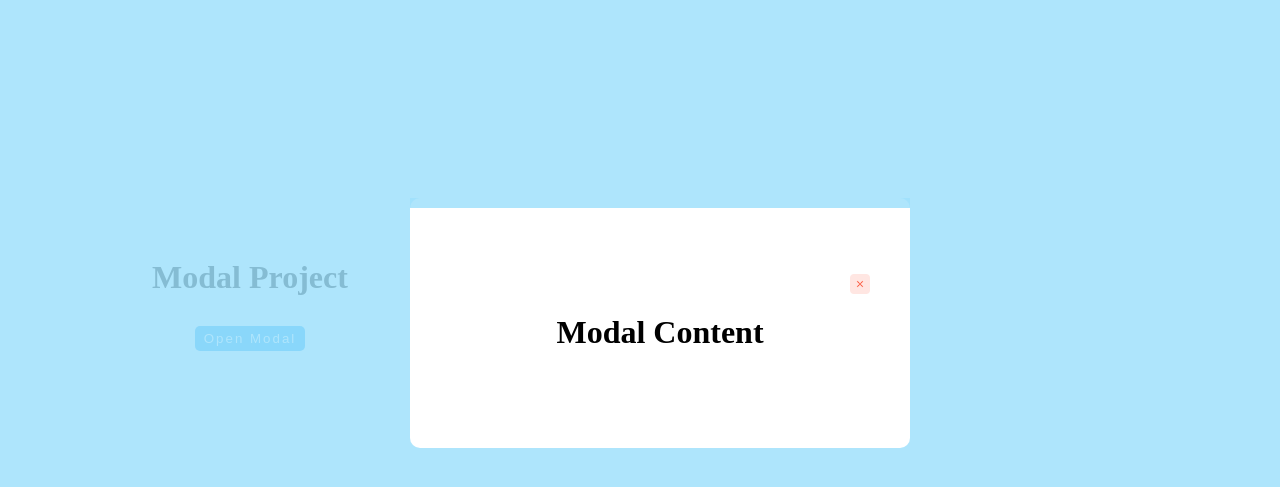
Repository: Trapti10/20-js-practice-projects-in-7-days-challenge
Page: Project_4_Modal_Project/index.html
An editor plug-in stored every save of this project. The page is shown before and after a run of saves, followed by the edit.
The browser window is 1280 px wide. The pictures show the whole page.

Above is the page before, as saved 2025-11-24 14:01:24.

### Project_4_Modal_Project/index.html
<!DOCTYPE html>
<html lang="en">
<head>
    <meta charset="UTF-8">
    <meta name="viewport" content="width=device-width, initial-scale=1.0">
    <title>Modal Project</title>
    <link rel="stylesheet" href="style.css">
</head>
<body>
    <div class="hero">
     <div class="bg-img"  background-img>

    </div>
    <div class="card">
        <h1>Modal Project</h1>

        <button class="Open">
            Open Modal
        </button>
       </div>
       </div>
       <div class="modal-overlay">
        <div class="madal-container">
            <header></header>
            <img src="assests/close.png" alt="">
            <div class="modalContent">
                <h1>Modal Content</h1>
            </div>
            <footer></footer>
        </div>
       </div>
    <script src="script.js"></script>
</body>
</html>

### Project_4_Modal_Project/style.css
*{
    margin: 0;
    padding: 0;
}
.hero{
    place-items: center;
}
.bg-img{
    height: 100vh;
    background-position: center center;
    background-repeat: no-repeat;
    position: relative;
    background-size: max(2200px, 100vw);
    background-image: url("https://png.pngtree.com/thumb_back/fh260/background/20230714/pngtree-simplicity-in-blue-a-living-room-interior-design-with-decor-and-image_3888158.jpg");
    background-repeat: no-repeat;
    align-items: center;
    margin-top: 0;
    align-items: center;

}

.card{
    position: absolute;
    top: 25%;
    background: white;
    min-height: 250px;
    min-width: 500px;
    display: flex;
    justify-content: center;
    align-items:center ;
    flex-direction: column;
    border: none;
    border-radius: 10px;
    gap: 30px;
}

button{
    height: 25px;
    width: 110px;
    color: white;
    background: rgb(29, 166, 246);
    border: none;
    letter-spacing: 2px;
    border-radius: 5px;
    padding: 0 4px;
}

button:hover{
    background: transparent;
    color: black;
    border: 2px solid rgb(29, 166, 246);
}

.modal-overlay{
    background: rgba(159, 225, 252, 0.84);
    position: fixed;
    top: 0;
    left: 0;
    width: 100%;
    height: 100%;
    place-items:center;
    display: grid;
    transition: 400ms ease;
    padding: 35px 20px;
    /* visibility: visible; */
    /* z-index: -10; */
}

.madal-container{
    position: absolute;
    top: 25%;
    background: white;
    min-height: 250px;
    min-width: 500px;
    /* position: fixed; */
    display: flex;
    justify-content: center;
    align-items:center ;
    flex-direction: column;
    border: none;
    border-radius: 10px;
    gap: 20px;
}

.madal-container img{
    height: 20px;
    right: 0;
    margin-left: 400px ;
    margin-top: 0px;
}

header{
    position: absolute;
    top: 0px;
    height: 10px;
    width: 100%;
    background: rgba(159, 225, 252, 0.84);
}

Loaded but not shown: Project_4_Modal_Project/script.js (no stored copy; drawn as an empty file)

After the next 3 saves:
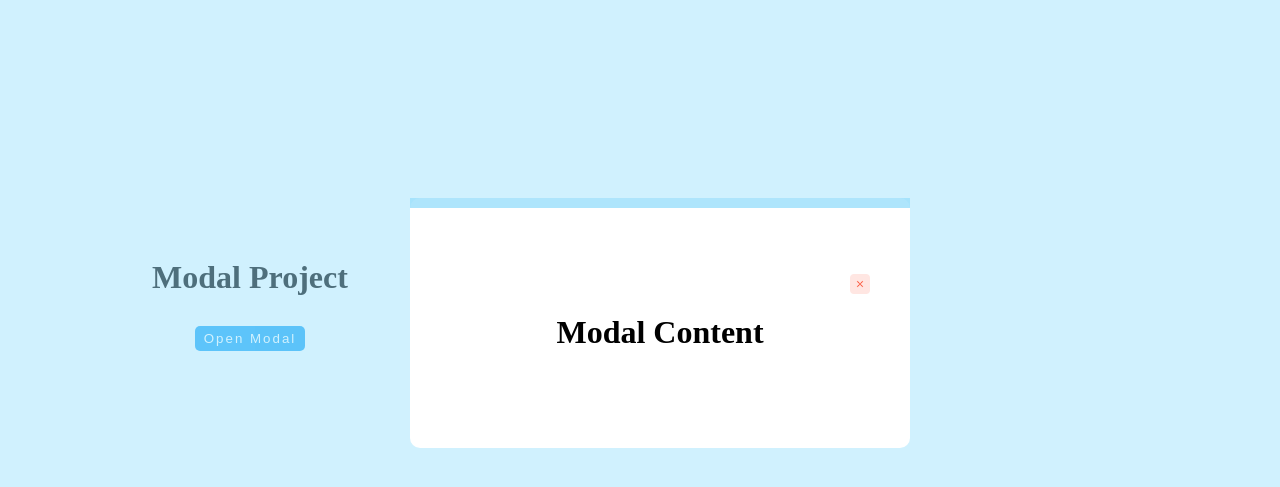
The 3 saves are shown as one change because they came seconds apart.
The last was saved 2 min 11 s later.
--- a/Project_4_Modal_Project/style.css
+++ b/Project_4_Modal_Project/style.css
@@ -52,7 +52,7 @@ button:hover{
 }
 
 .modal-overlay{
-    background: rgba(159, 225, 252, 0.84);
+    background: rgba(159, 226, 252, 0.491);
     position: fixed;
     top: 0;
     left: 0;
